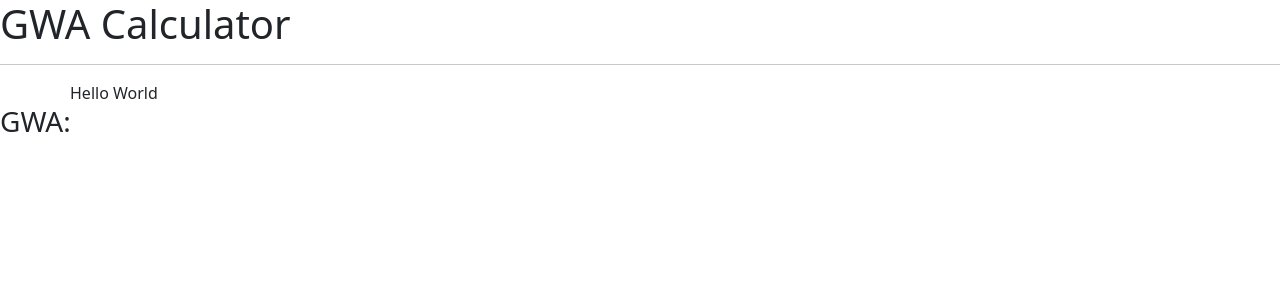
Repository: yonora/GWACalculator
Page: index.html
The author's editor kept a copy of each file at every save. The page is drawn from the files as they stood at one save, then again after the next save.
The browser window is 1280 px wide. The pictures show the whole page.
Empty fields were first filled with sample values (such as "Sample", 5 or name@example.com).
After loading, the first visible `button.col-auto` was clicked once.

Above is the page before, as saved 2025-01-04 22:11:04.

After the next save:
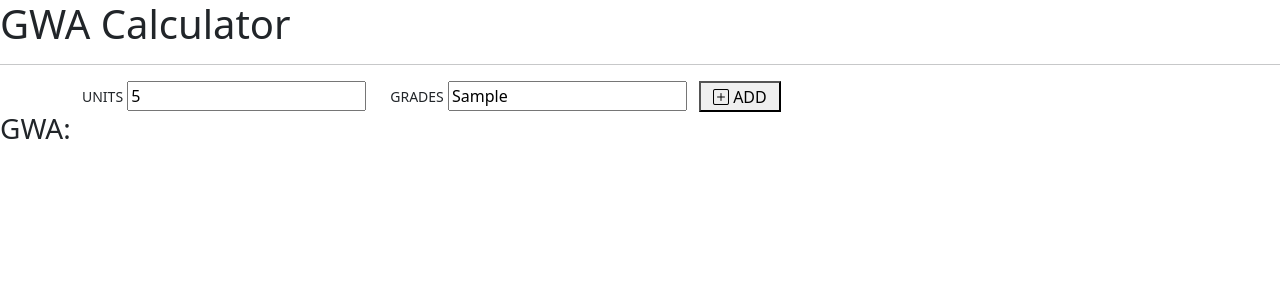
Console error: SyntaxError: Unexpected token ';'
Saved 6 s later.
--- a/js.js
+++ b/js.js
@@ -1,7 +1,9 @@
 function add(){
-    const gwa = document.getElementById('grade-container');
-    gwa.innerHTML = "Hello World";
-}
+    const container = document.getElementById('container');
+    container.append([
+        ``;
+    ]
+    )
 
 function compute(){
     const gwa = document.getElementById('gwa');
